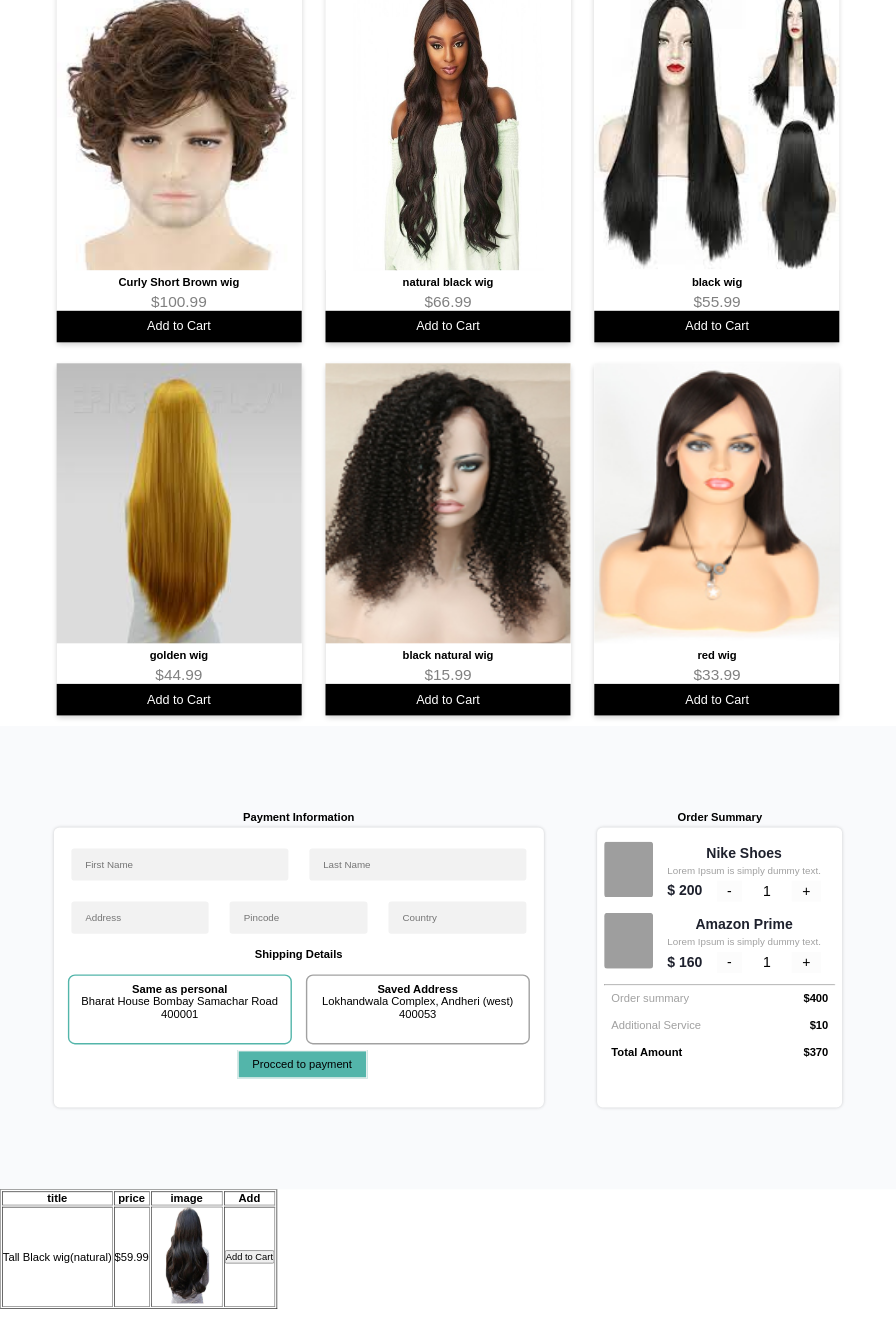
Repository: Zzero202/Zzero202
Page: index.html
An editor plug-in stored every save of this project. The page is shown before and after the next save, followed by the edit.
The browser window is 1280 px wide. The pictures show the part of the page from y = 1230 to 3150 px (the page is 3150 px tall before and 3148 px after), at 70% of full size.
Pictures or frames that could not be fetched are drawn as grey boxes. A picture or video elsewhere on the page could not be fetched, so the positions and the page height are approximate.

Above is the page before, as saved 2021-12-09 01:45:42.

After the next save:
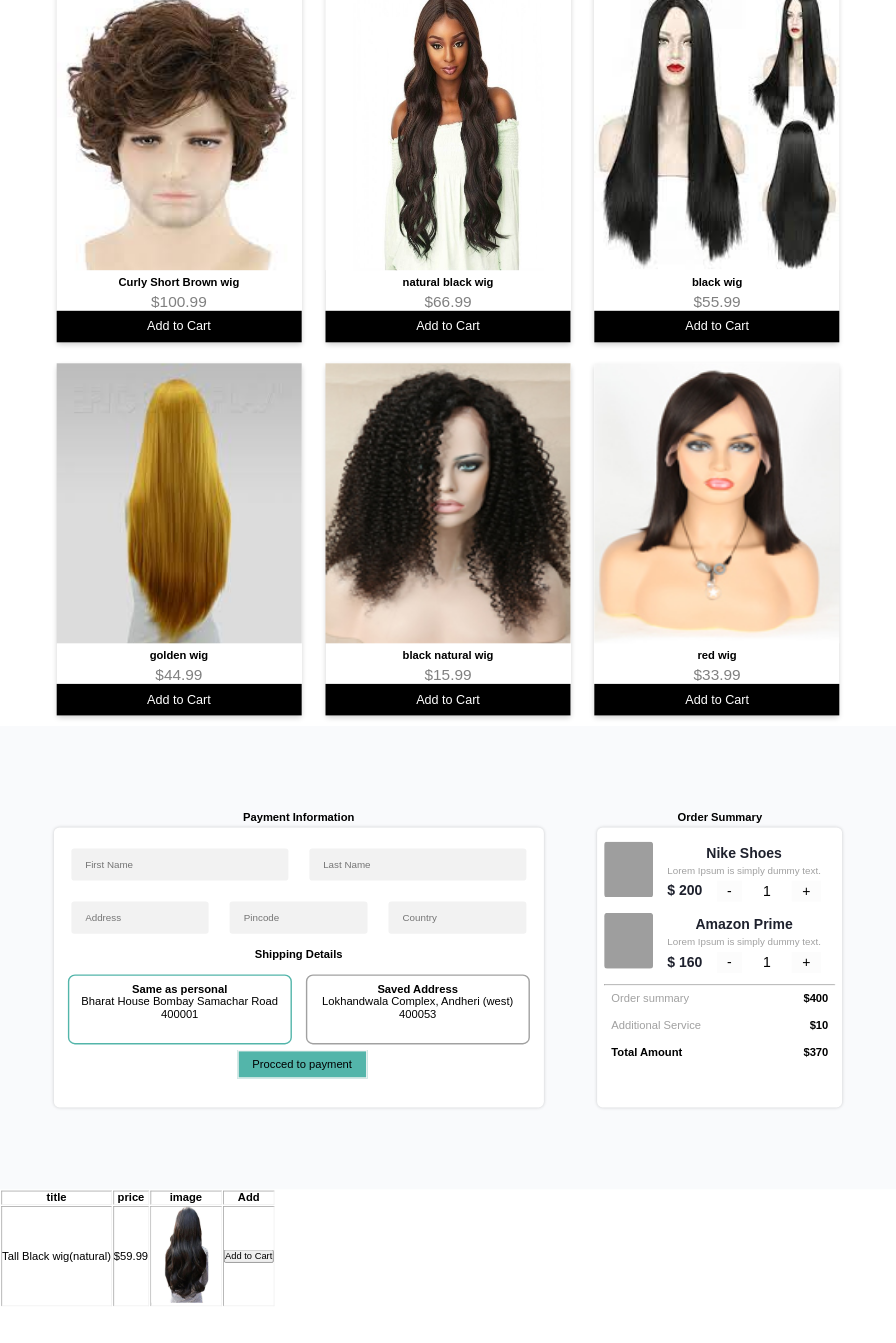
Saved 27 s later.
--- a/index.html
+++ b/index.html
@@ -640,3 +640,8 @@ footer a {
 </body>
 
 </html>
+<style>
+  table{
+    border:10px;
+  }
+</style>
